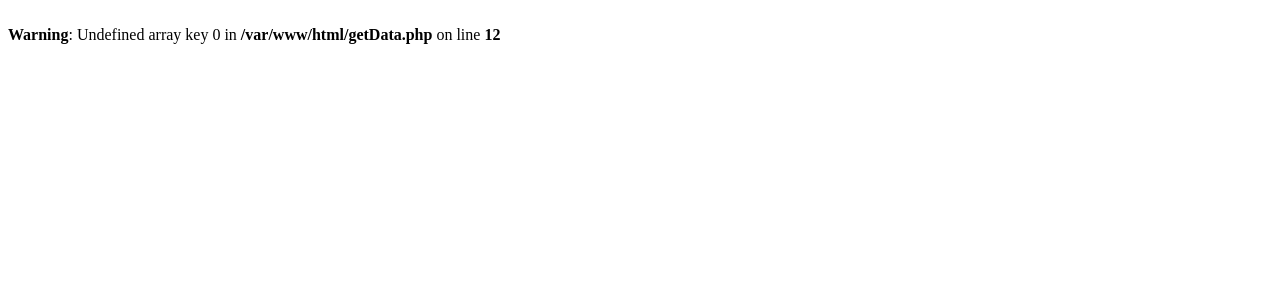
Repository: JulsR/Coding
Page: http://localhost/getData.php
These files come from the project's save history. The page is drawn as it stood at one moment and after the next save; the edit follows.
The browser window is 1280 px wide. The pictures show the whole page.
The page is run by PHP 8.4 with error messages shown; the project is at /var/www/html/.

Above is the page before, as saved 2015-03-07 19:11:00.

### classProject/getData.php
<?php
require_once 'hotel.php'; //allows you to use the demo.php file.

// $hotelObj  = new Hotel();

// $hotelObj->getHotelName();
// print_r($hotelObj);

$ht=HotelFactory::create();

// print_r($ht->getHotelName());
print_r($ht->getHotelName()[0]);

// print_r($hotelObj[0]);
// print_r($hotelObj['HotelName']);
// var_dump($hotel);

// $hAdd ->getHotelAddress();
// echo $hAdd;

// $hWeb ->getHotelWebsite();
// echo $hWeb;


?>

### classProject/hotel.php
<?php

/*
 * The Assignment - create a class that, when instantiated, pulls all data from an imaginary table named oti_hotel
 * and stores it in a private array inside the class.
 *
 * oti_hotels fields:
 * hotel_name
 * hotel_address
 * hotel_web_site
 *
 */
class Hotel {

	private $oti_hotel = array ();

	public function __construct() {
		$this->oti_hotel = $oti_hotel = array (
				"HotelName" => "Juliessa Inn",
				"HotelAddress" => "9201 Juliessa Drive",
				"HotelWebsite" => "www.juliessaHotel.com"
		);
	}

	public function getHotelName() {
		return $this->oti_hotel;
	}
}


class HotelFactory {
	public static function create() {
		return new Hotel ();
	}
}
?>

After the next save:
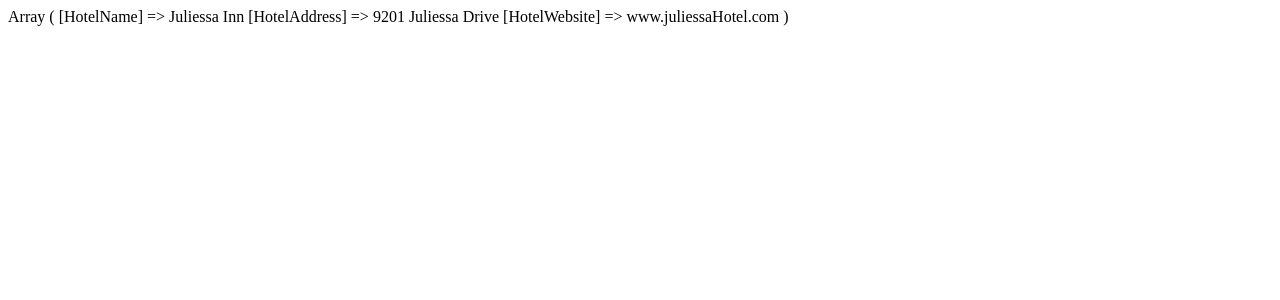
Saved 49 s later.
--- a/classProject/getData.php
+++ b/classProject/getData.php
@@ -9,7 +9,8 @@ require_once 'hotel.php'; //allows you to use the demo.php file.
 $ht=HotelFactory::create();
 
 // print_r($ht->getHotelName());
-print_r($ht->getHotelName()[0]);
+$hoteldata = $ht->getHotelName();
+print_r($hoteldata);
 
 // print_r($hotelObj[0]);
 // print_r($hotelObj['HotelName']);
